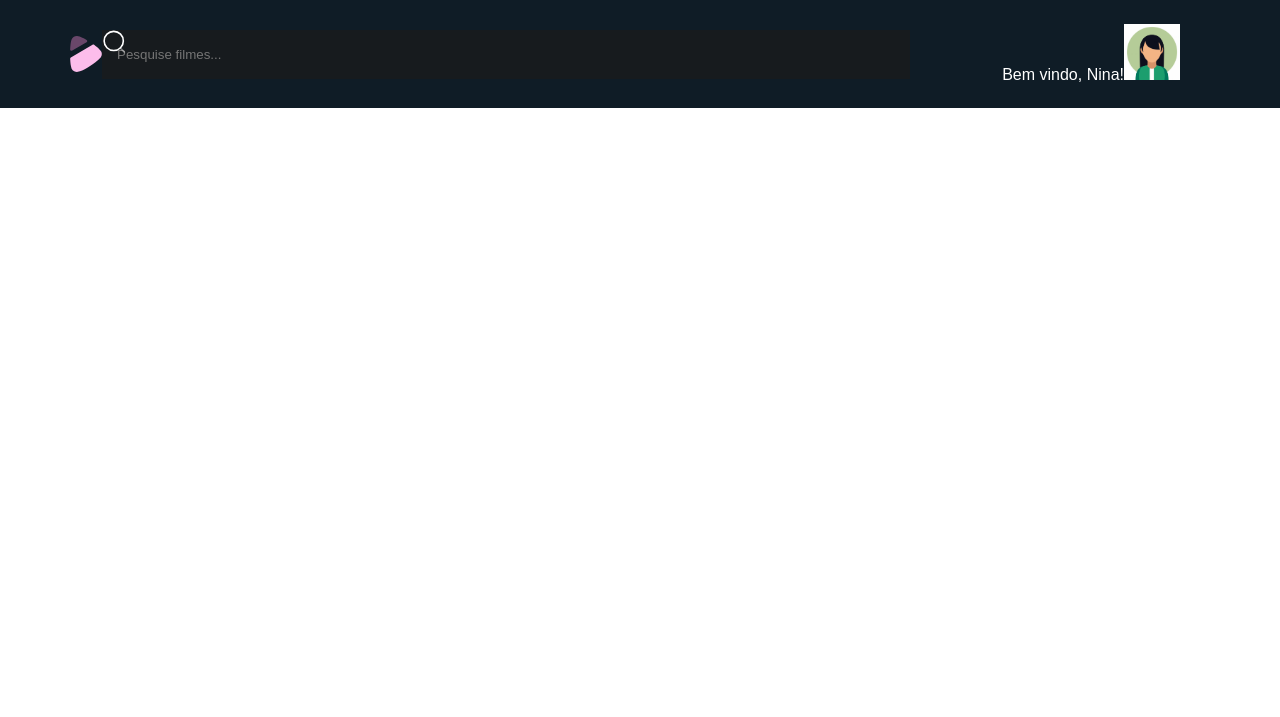
Repository: MilenaMelo/Cubos-Flix
Page: / (app in cubos-flix/)
These files come from the project's save history. The page is drawn as it stood at one moment and after the next save; the edit follows.
The browser window is 1280 px wide. The pictures show the whole page.
The project was rebuilt for these pictures with package versions that can differ from the ones it lists, and the page was loaded fresh each time.

Above is the page before, as saved 2021-06-19 13:21:03.

### cubos-flix/public/index.html
<!DOCTYPE html>
<html lang="en">
  <head>
    <meta charset="utf-8" />
    <link rel="icon" href="%PUBLIC_URL%/favicon.ico" />
    <meta name="viewport" content="width=device-width, initial-scale=1" />
    <meta name="theme-color" content="#000000" />
    <meta
      name="description"
      content="Web site created using create-react-app"
    />
    <link rel="apple-touch-icon" href="%PUBLIC_URL%/logo192.png" />
    <link rel="manifest" href="%PUBLIC_URL%/manifest.json" />
    <title>Cubos Flix</title>
  </head>
  <body>
    <noscript>You need to enable JavaScript to run this app.</noscript>
    <div id="root"></div>

  </body>
</html>

### cubos-flix/src/App.js
import './App.css';
import Navbar from './components/Navbar';

function App() {
  return (
    <div className="app">
      <header>
        <Navbar/>
      </header>
    </div>
  );
}

export default App;

### cubos-flix/src/App.css
* {
    margin: 0px;
    font-family: Manrope, sans-serif;
    color: white;
}

.app {
    background-color: #1d2226;
}

### cubos-flix/src/components/Navbar/index.js
import './style.css'
import logo from '../../assets/images/logo.svg'
import search_icon from '../../assets/images/search-icon.svg'
import profile_img from '../../assets/images/profile.jpg'


function Navbar() {
    return (
        <header className='navbar'>
            <img src={logo} alt="logo"/>
            <div className='search-container'>
                <input className='search-input' type="text" name="Pesquisa" placeholder="Pesquise filmes..."/>
                <img className='search-img' src={search_icon} alt="Input de pesquisa"/>
            </div>
            <div className='profile-container'>
                <span>Bem vindo, Nina!</span>
                <img className='profile-img' src={profile_img} alt="Foto de perfil"/>
            </div>
        </header>
    );
}

export default Navbar;

### cubos-flix/src/components/Navbar/style.css
.navbar {
    display: flex;
    align-items: center;
    justify-content: space-evenly;
    padding: 24px 100px 24px 70px;
    color: #fdfdfd;
    background: #0f1c26;
}

.search-container {
    flex-grow: 1;
    position: relative;
    display: flex;
    margin-right: 92px;
}

.search-input {
    width: 100%;
    padding: 16px 14px;
    outline: 0;
    border: 1px solid transparent;
    background: #171b1e;
    color: #fff;
}

.search-img {
    width: 24px;
    height: 24px;
    cursor: pointer;
    position: absolute;
}

.profile-img {
    height: 56px;
}

Loaded but not shown: cubos-flix/src/index.js (common file)

After the next save:
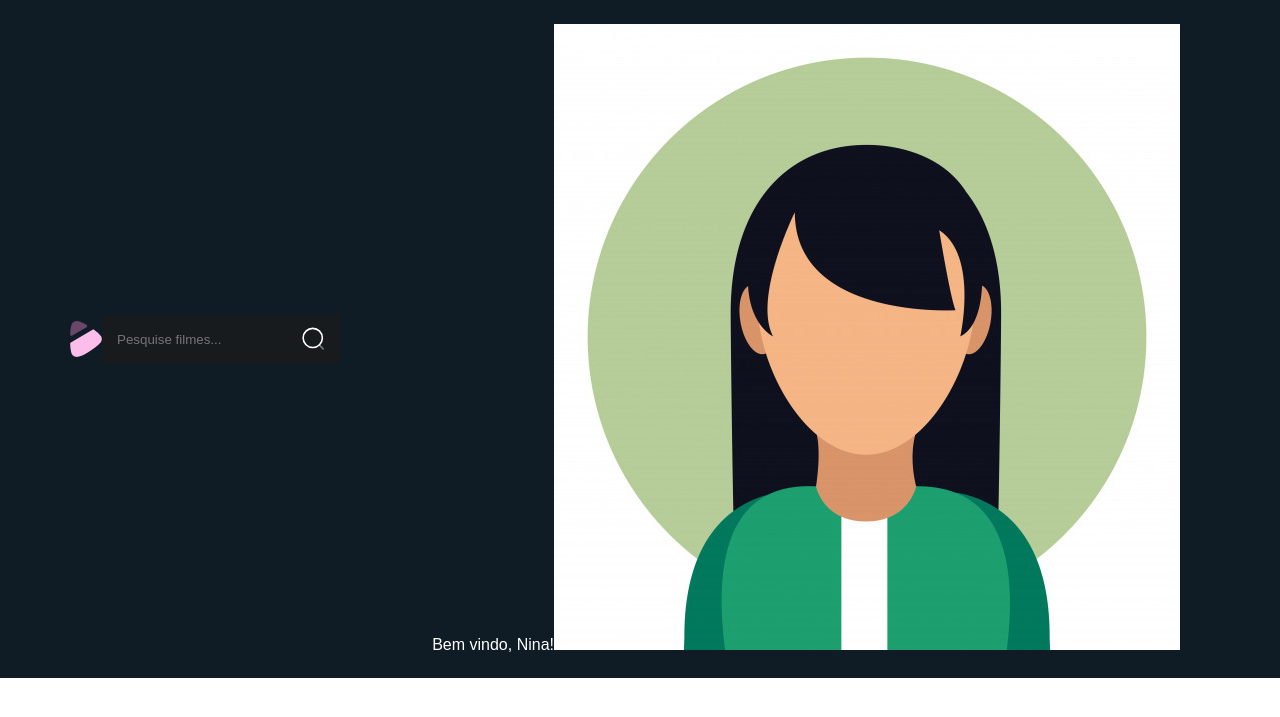
Saved 19 s later.
--- a/cubos-flix/src/components/Navbar/style.css
+++ b/cubos-flix/src/components/Navbar/style.css
@@ -27,7 +27,11 @@
     width: 24px;
     height: 24px;
     cursor: pointer;
+    align-self: center;
     position: absolute;
+    z-index: 1;
+    right: 15px;
+}
 }
 
 .profile-img {

After the save that followed:
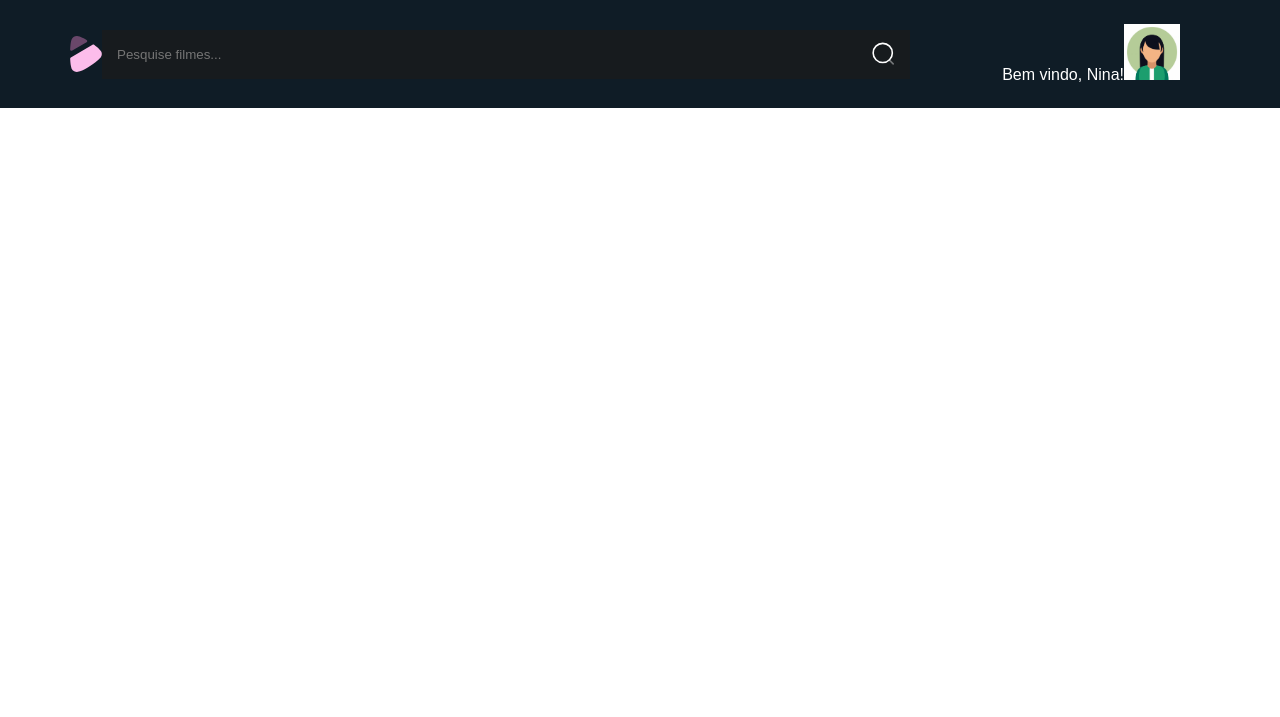
Saved 5 s later.
--- a/cubos-flix/src/components/Navbar/style.css
+++ b/cubos-flix/src/components/Navbar/style.css
@@ -31,7 +31,7 @@
     position: absolute;
     z-index: 1;
     right: 15px;
-}
+
 }
 
 .profile-img {
